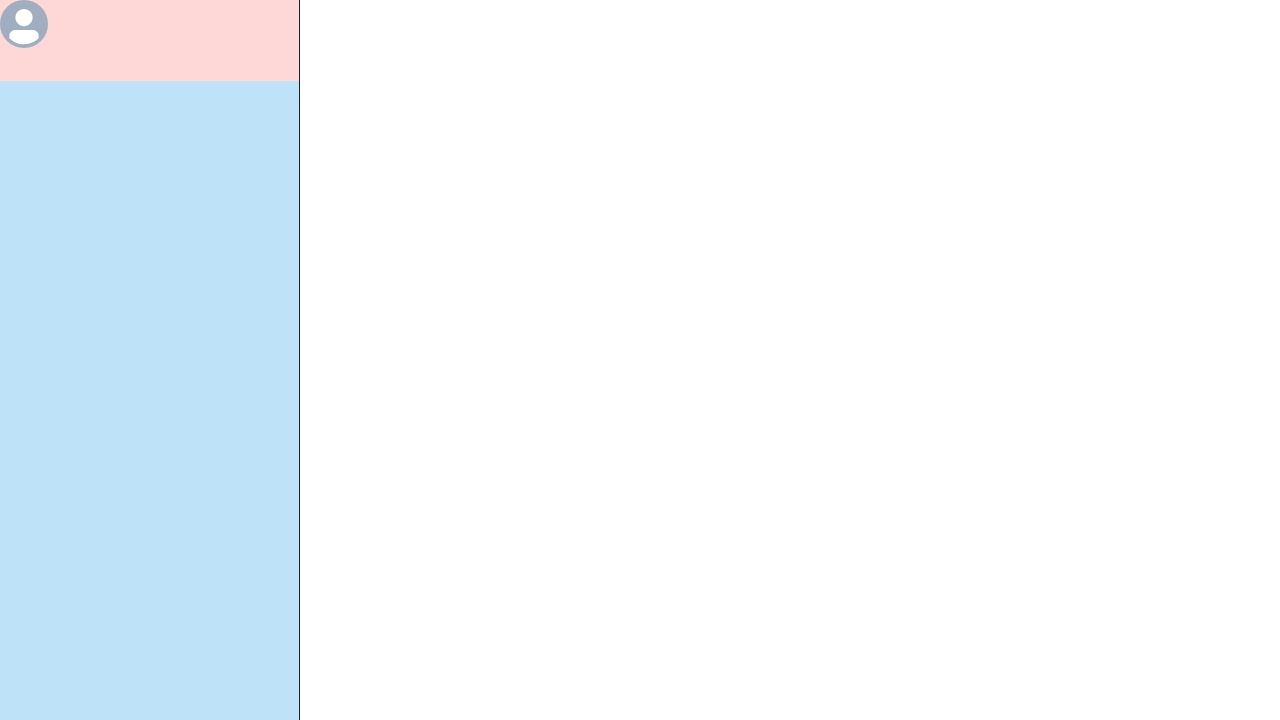
Repository: Siva20021/chat-app
Page: /
These files come from the project's save history. The page is drawn as it stood at one moment and after a run of saves; the edit follows.
The browser window is 1280 px wide. The pictures show the whole page.
The project was rebuilt for these pictures with package versions that can differ from the ones it lists, and the page was loaded fresh each time. The framework's server and built-in components were replaced by stand-ins that run in the browser. Also part of the build but not shown: next.config.js, components/Login.js.

Above is the page before, as saved 2022-06-05 11:56:12.

### pages/_app.js
import { ChakraProvider } from "@chakra-ui/react"
import Login from "../components/Login"
import Sidebar from "../components/Sidebar"


function MyApp({ Component, pageProps }) {
  //return <Component {...pageProps} />
  return(
    <ChakraProvider>
      <Sidebar/>
    </ChakraProvider>
  )
}

export default MyApp

### pages/index.js
import Head from 'next/head'


export default function Home() {
  return (
    <div>
      <Head>
        <title>Create Next App</title>
        <meta name="description" content="Generated by create next app" />
        <link rel="icon" href="/favicon.ico" />
      </Head>
    </div>
  )
}

### components/Sidebar.js
import { Avatar, Flex } from '@chakra-ui/react'
import React from 'react'

export default function Sidebar() {
  return (
    <Flex
        bg="blue.100"
        w="300px"
        h="100vh"
        borderEnd="1px solid"
        borderColors="gray.200"
    >
        <Flex
            bg="red.100"
            h="81px" w="100%"
        >
            <Avatar src=""/>
        </Flex>
    </Flex>
  )
}

After the next 4 saves:
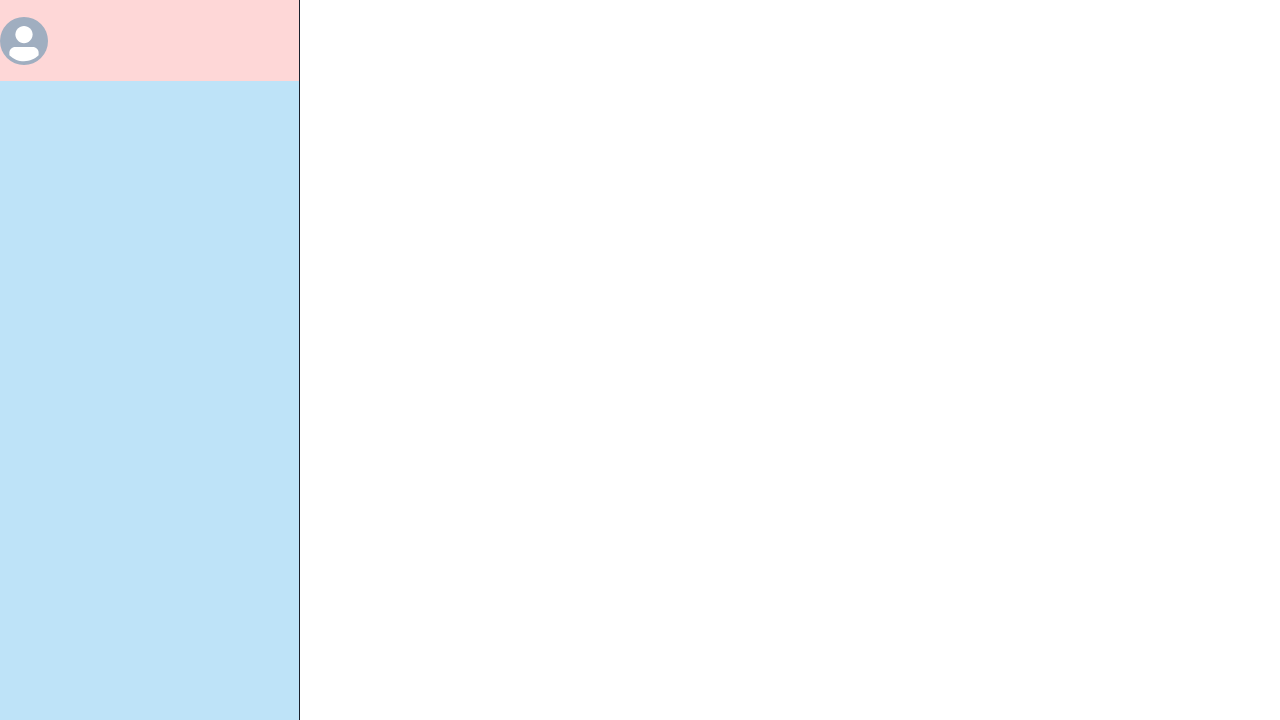
The 4 saves are shown as one change because 1 did not build or start and some came seconds apart.
The last was saved 19 s later.
--- a/components/Sidebar.js
+++ b/components/Sidebar.js
@@ -13,6 +13,7 @@ export default function Sidebar() {
         <Flex
             bg="red.100"
             h="81px" w="100%"
+            align="center"
         >
             <Avatar src=""/>
         </Flex>
